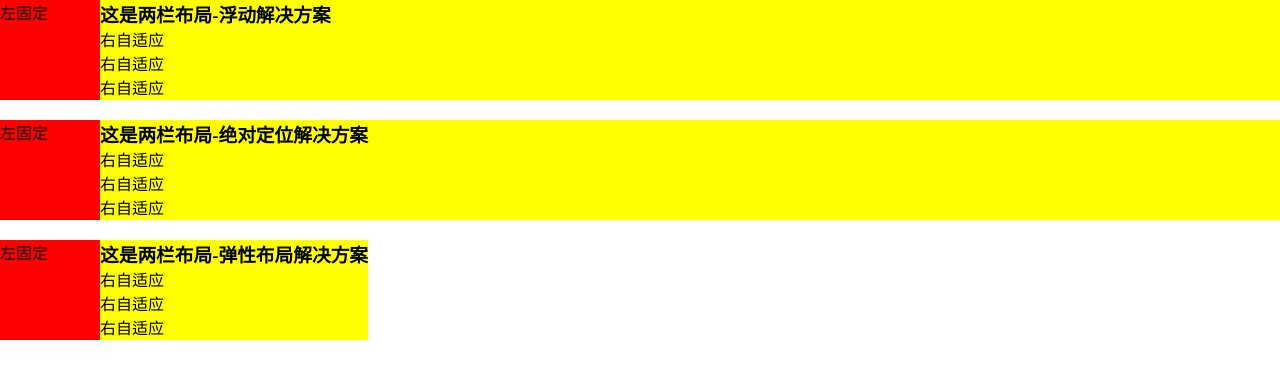
Repository: Qianfane/Blog
Page: 面试相关/测试/2-1、两栏布局-左固定右自适应.html
These files come from the project's save history. The page is drawn as it stood at one moment and after the next save; the edit follows.
The browser window is 1280 px wide. The pictures show the whole page.

Above is the page before, as saved 2022-01-03 16:12:25.

After the next save:
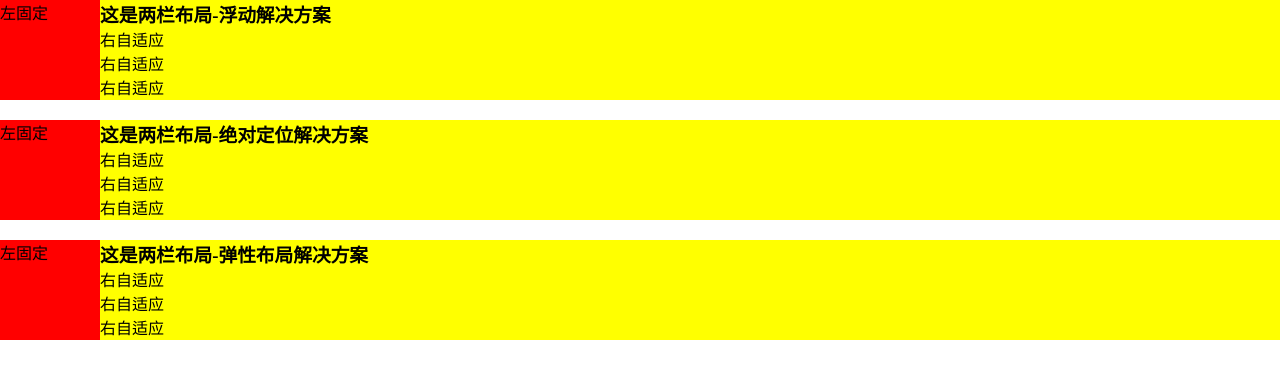
Saved 6 s later.
--- a/面试相关/测试/2-1、两栏布局-左固定右自适应.html
+++ b/面试相关/测试/2-1、两栏布局-左固定右自适应.html
@@ -92,7 +92,7 @@
             }
 
             .layout.flexbox .right {
-                /* flex: 1; */
+                flex: 1;
 
                 background: yellow;
             }
